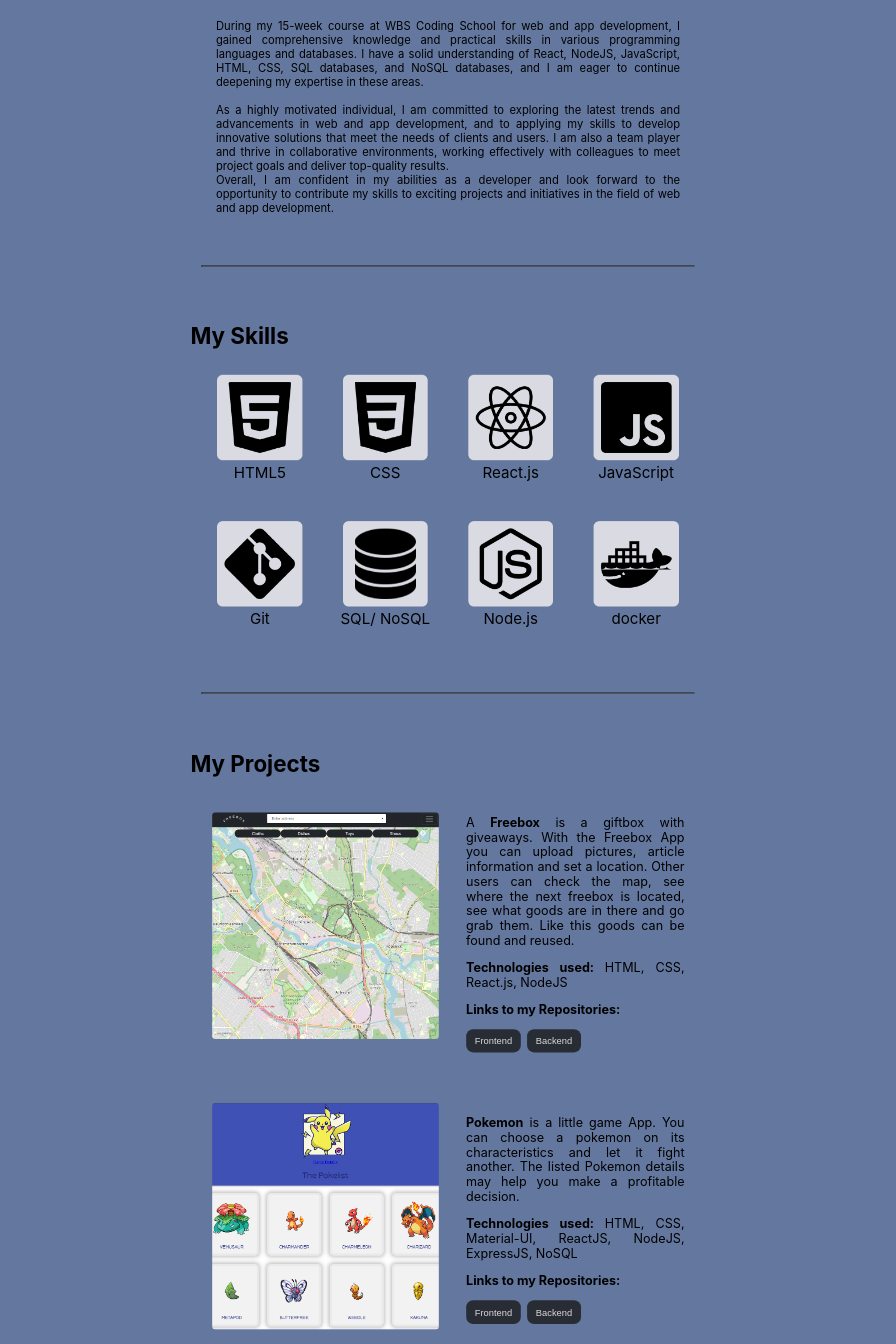
Repository: tiliax/linde-bethge
Page: /
An editor plug-in stored every save of this project. The page is shown before and after the next save, followed by the edit.
The browser window is 1280 px wide. The pictures show the part of the page from y = 1009 to 2929 px (the page is 3402 px tall before and 3422 px after), at 70% of full size.
The project was rebuilt for these pictures with package versions that can differ from the ones it lists, and the page was loaded fresh each time.

Above is the page before, as saved 2023-03-13 23:01:15.

After the next save:
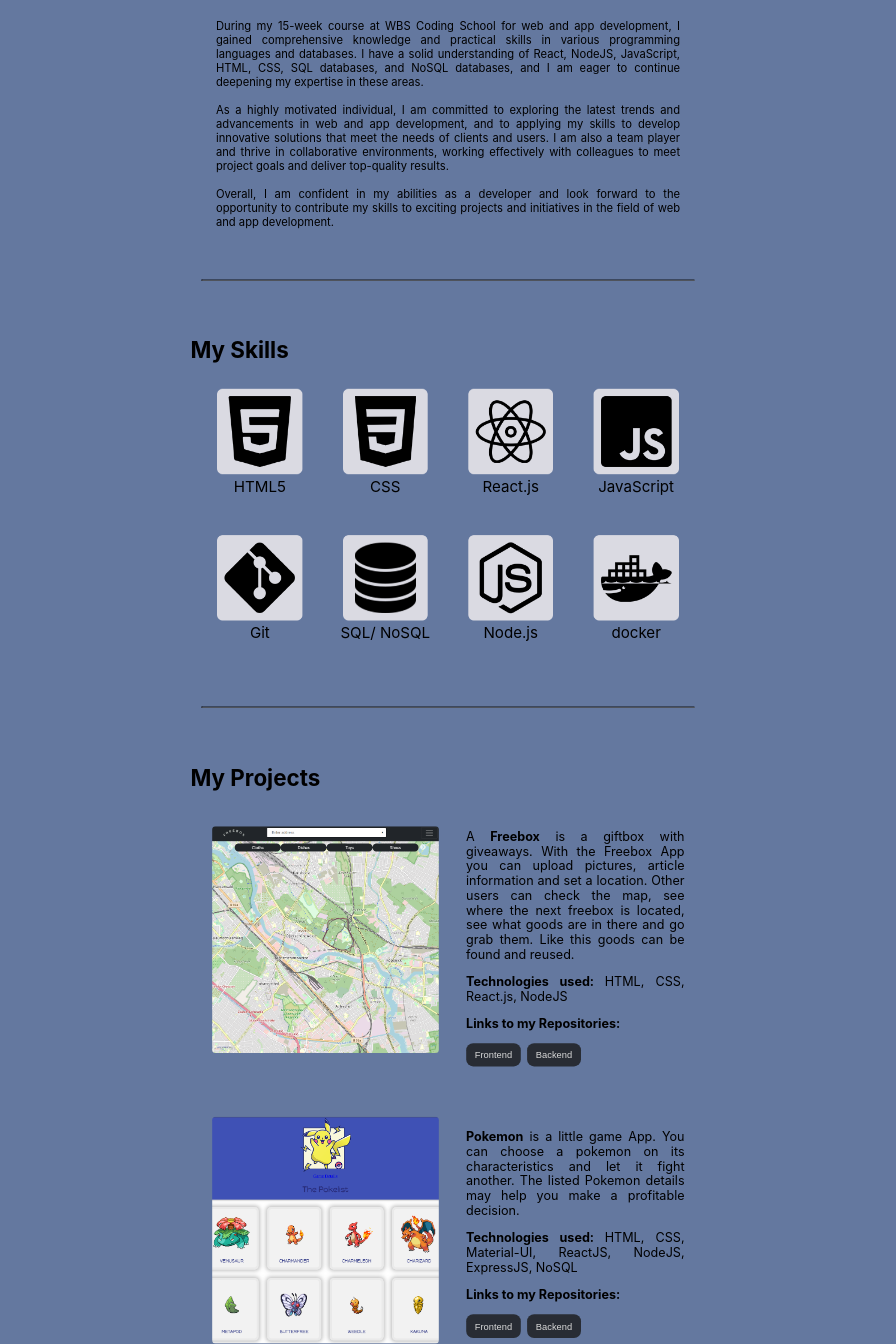
Saved 6 s later.
--- a/src/Components/Main.js
+++ b/src/Components/Main.js
@@ -38,7 +38,7 @@
                 <h1 >About me</h1>
                 <img src={myProfil} alt="myProfil" />
                 <p>During my 15-week course at WBS Coding School for web and app development, I gained comprehensive knowledge and practical skills in various programming languages and databases. I have a solid understanding of React, NodeJS, JavaScript, HTML, CSS, SQL databases, and NoSQL databases, and I am eager to continue deepening my expertise in these areas.<br/> <br/>
-                As a highly motivated individual, I am committed to exploring the latest trends and advancements in web and app development, and to applying my skills to develop innovative solutions that meet the needs of clients and users. I am also a team player and thrive in collaborative environments, working effectively with colleagues to meet project goals and deliver top-quality results.<br/>
+                As a highly motivated individual, I am committed to exploring the latest trends and advancements in web and app development, and to applying my skills to develop innovative solutions that meet the needs of clients and users. I am also a team player and thrive in collaborative environments, working effectively with colleagues to meet project goals and deliver top-quality results.<br/> <br/>
                 Overall, I am confident in my abilities as a developer and look forward to the opportunity to contribute my skills to exciting projects and initiatives in the field of web and app development.</p>
             </div>
             <hr />
